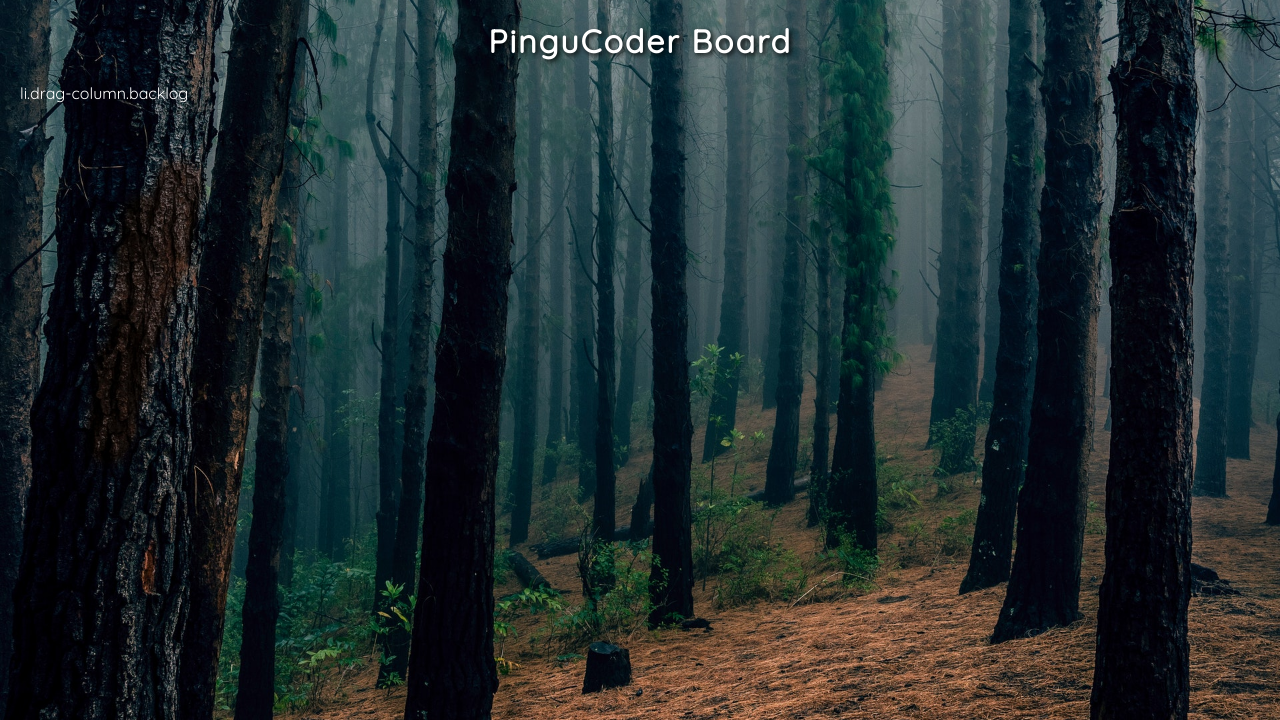
Repository: chanwarichawki/6Drag-And-Drop
Page: index.html
These files come from the project's save history. The page is drawn as it stood at one moment and after a run of saves; the edit follows.
The browser window is 1280 px wide. The pictures show the whole page.

Above is the page before, as saved 2023-12-25 18:25:41.

After the next 3 saves:
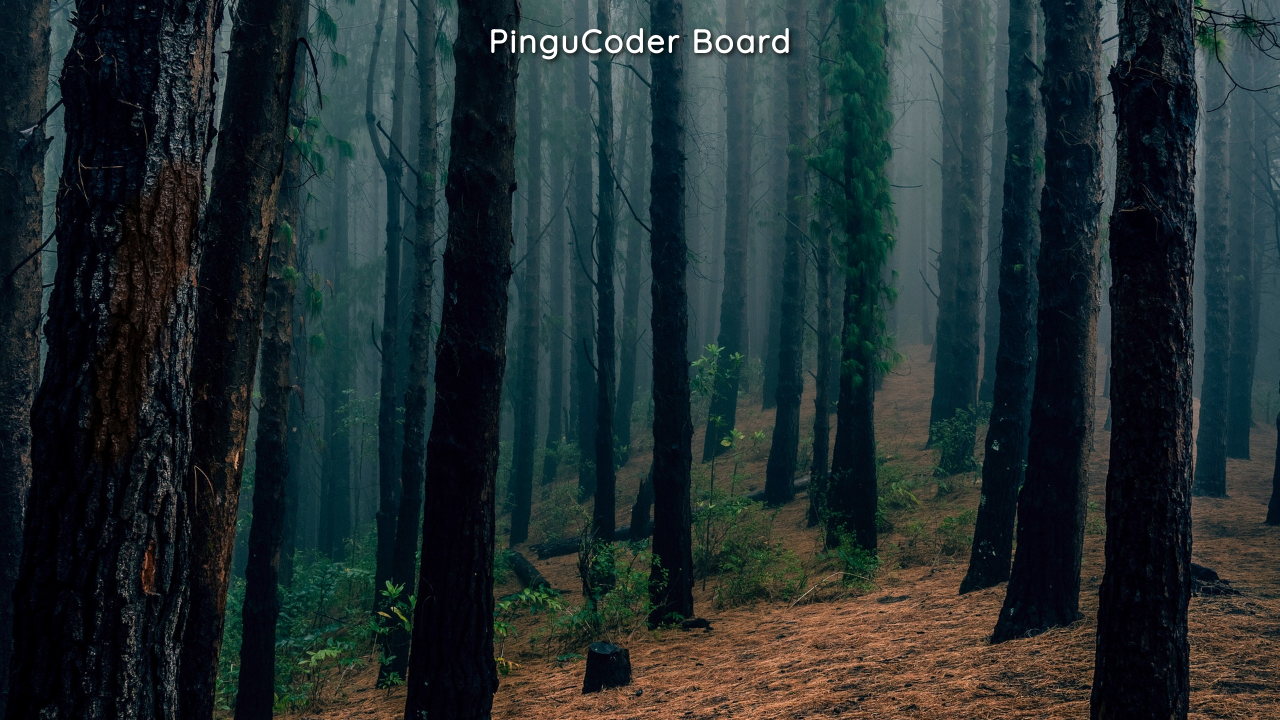
The 3 saves are shown as one change because they came seconds apart.
The last was saved 10 s later.
--- a/index.html
+++ b/index.html
@@ -12,7 +12,7 @@
     <div class="drag-container">
       <ul class="drag-list">
         <!-- backLog column -->
-        li.drag-column.backlog
+        <li class="drag-column backlog-column"></li>
 
       </ul>
     </div>
